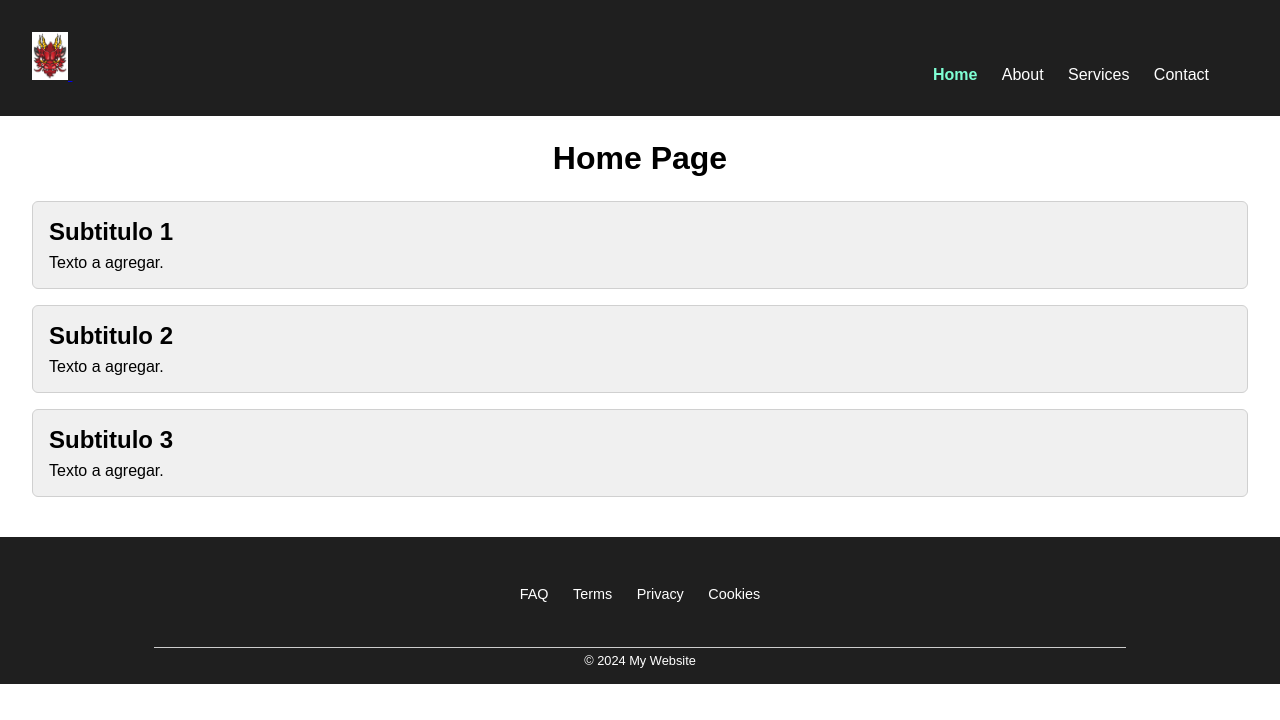
Repository: andreamm-lab/basic-navigation-example-2025-10
Page: index.html
An editor plug-in stored every save of this project. The page is shown before and after the next save, followed by the edit.
The browser window is 1280 px wide. The pictures show the whole page.

Above is the page before, as saved 2025-11-06 15:32:35.

After the next save:
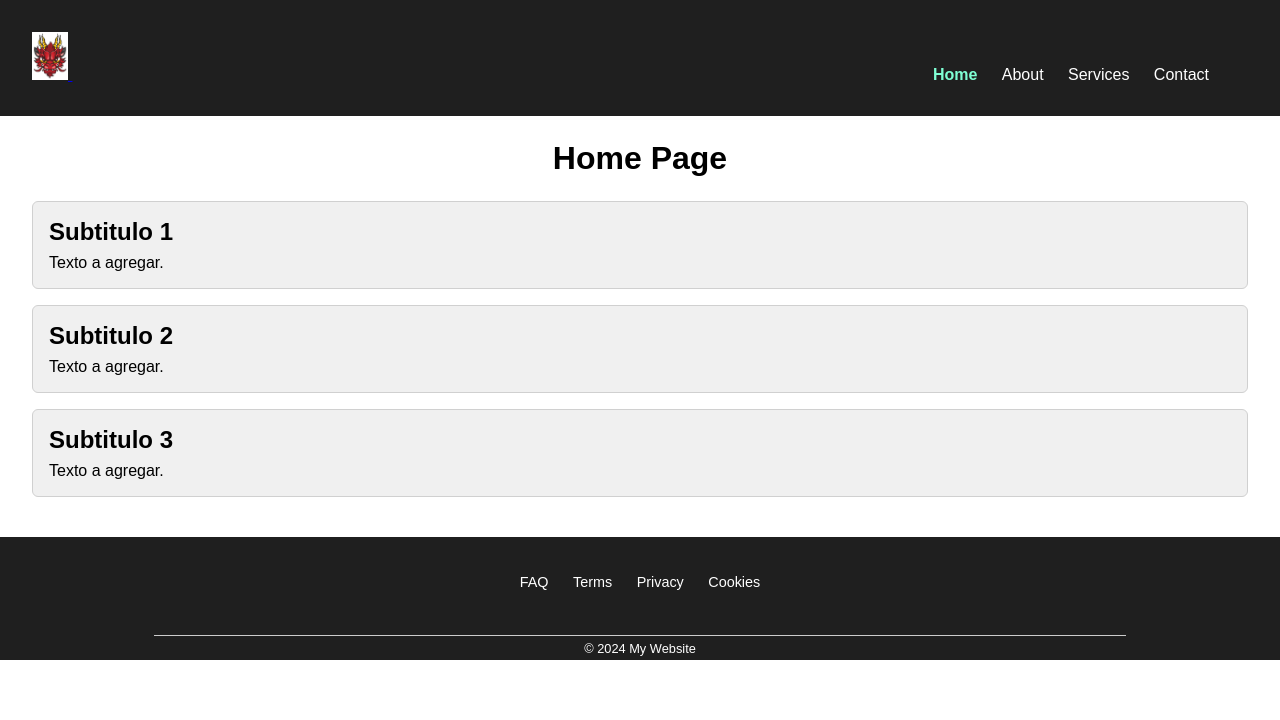
Saved 23 s later.
--- a/main.css
+++ b/main.css
@@ -137,7 +137,7 @@
     background-color: #1F1F1F;
     color: white;
     text-align: center;
-    padding: 16px 32px;
+    padding: 4px 32px;
 }
 
 #main-footer nav ul {

After the save that followed:
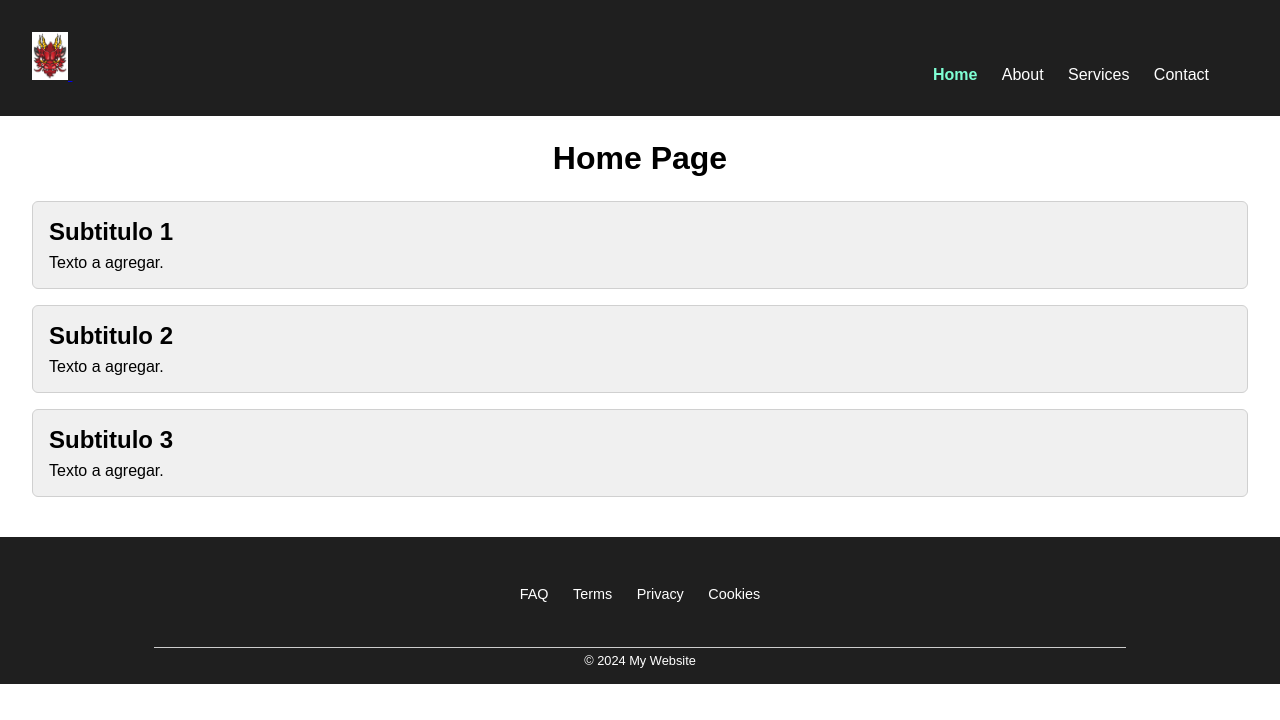
Saved 10 s later.
--- a/main.css
+++ b/main.css
@@ -137,7 +137,7 @@
     background-color: #1F1F1F;
     color: white;
     text-align: center;
-    padding: 4px 32px;
+    padding: 16px 32px;
 }
 
 #main-footer nav ul {
